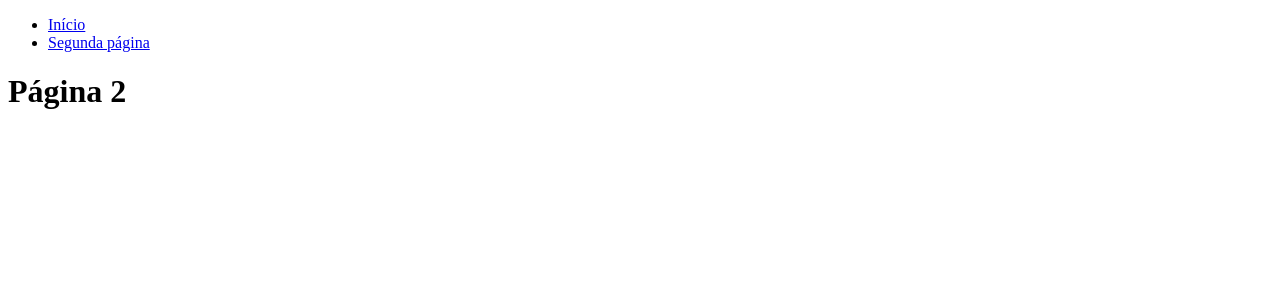
Repository: rrresck/pos_graduacao
Page: html/pagina2.html
An editor plug-in stored every save of this project. The page is shown before and after the next save, followed by the edit.
The browser window is 1280 px wide. The pictures show the whole page.

Above is the page before, as saved 2023-05-04 12:02:07.

After the next save:
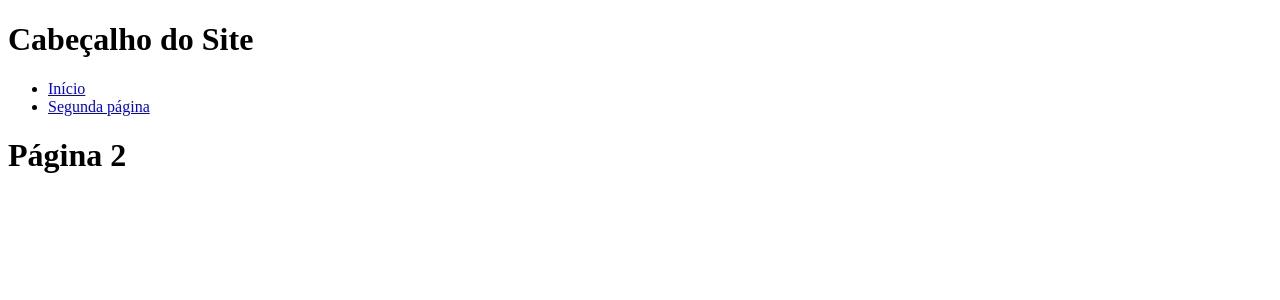
Saved 6 min 15 s later.
--- a/html/pagina2.html
+++ b/html/pagina2.html
@@ -3,11 +3,17 @@
 <head>
     <meta charset="UTF-8">
     <meta http-equiv="X-UA-Compatible" content="IE=edge">
-    <meta name="viewport" content="width=device-width, initial-scale=1.0">
+    <meta name="viewport" content="width=device-width, initial-scale=1.0, shrink-to-fit=no">
+    <meta name="author" content="Rafael Rodrigues Resck">
+    <meta name="description" content="Template inicial HTML puro.">
+    <link rel="stylesheet" href="../css/style_pagina2.css">
     <title>Página 2</title>
 </head>
 <body>
-    <nav>
+    <header class="cabecalho">
+        <h1>Cabeçalho do Site</h1>
+    </header>
+    <nav class="menu">
         <ul>
             <li><a href="../index.html">Início</a></li>
             <li><a href="pagina2.html">Segunda página</a></li>
